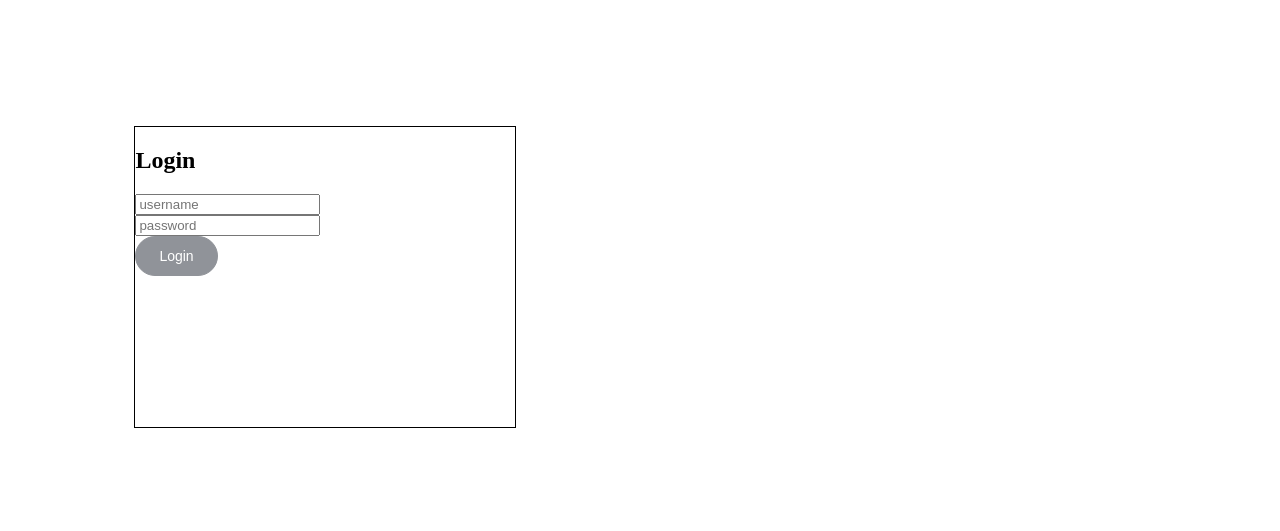
Repository: 951713487/net_shopping
Page: /
An editor plug-in stored every save of this project. The page is shown before and after the next save, followed by the edit.
The browser window is 1280 px wide. The pictures show the whole page.
The project was rebuilt for these pictures with package versions that can differ from the ones it lists, and the page was loaded fresh each time.

Above is the page before, as saved 2020-03-17 14:27:53.

After the next save:
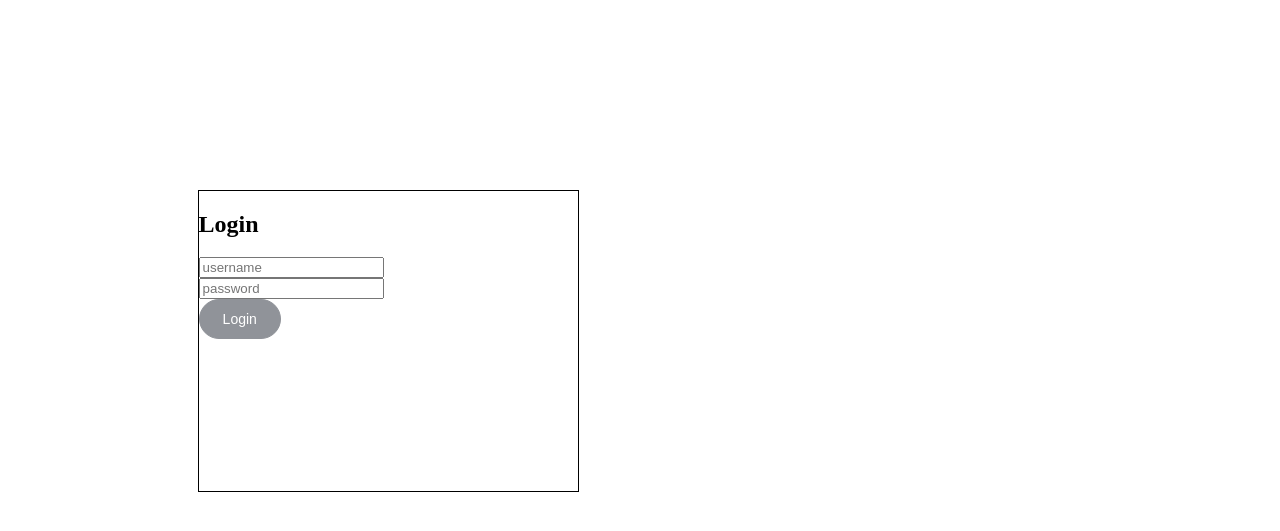
Saved 17 s later.
--- a/src/components/Login.vue
+++ b/src/components/Login.vue
@@ -21,7 +21,7 @@ export default {};
     height:300px;
     border:1px solid #000;
     margin: 0 auto;
-    margin: 10%;
+    margin: 15%;
 }
 
 
